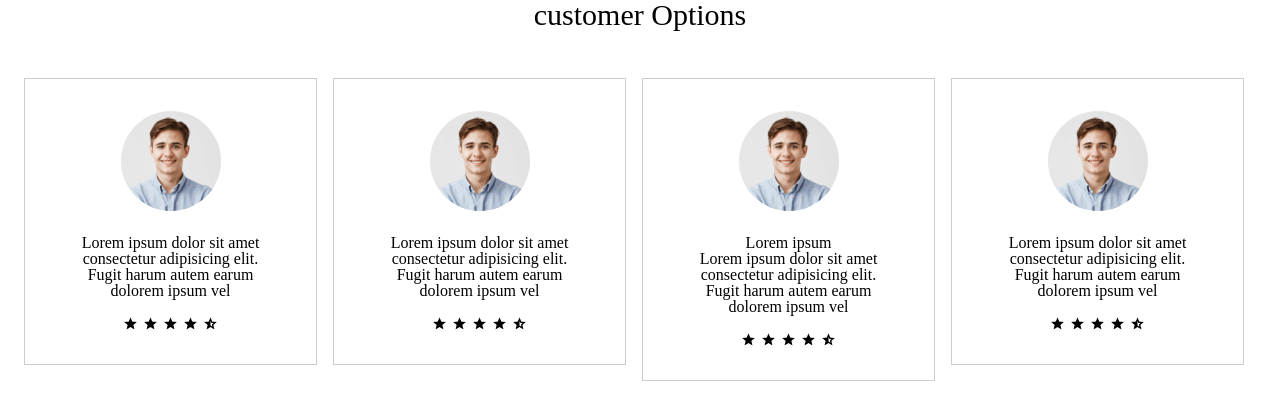
Repository: dinhhaidh/slider-3
Page: index.html
These files come from the project's save history. The page is drawn as it stood at one moment and after the next save; the edit follows.
The browser window is 1280 px wide. The pictures show the whole page.

Above is the page before, as saved 2024-03-22 21:01:19.

After the next save:
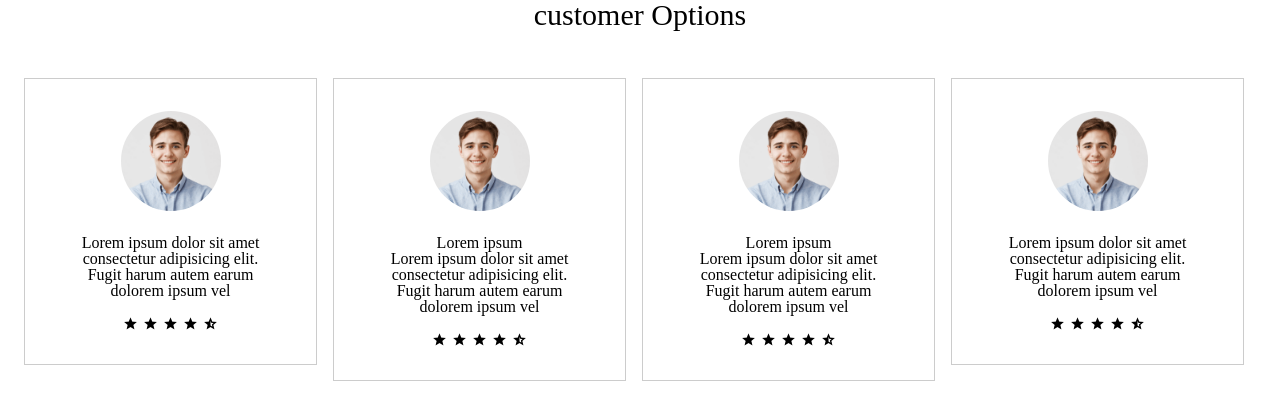
Saved 11 s later.
--- a/index.html
+++ b/index.html
@@ -35,6 +35,7 @@
                     <article class="customer__article swiper-slide">
                         <img src="./img1.png" alt="image" class="customer__img">
 
+                        <h2 class="customer__heading">Lorem ipsum</h2>
                         <p>
                             Lorem ipsum dolor sit amet consectetur adipisicing elit. Fugit harum autem earum dolorem ipsum vel
                         </p>
